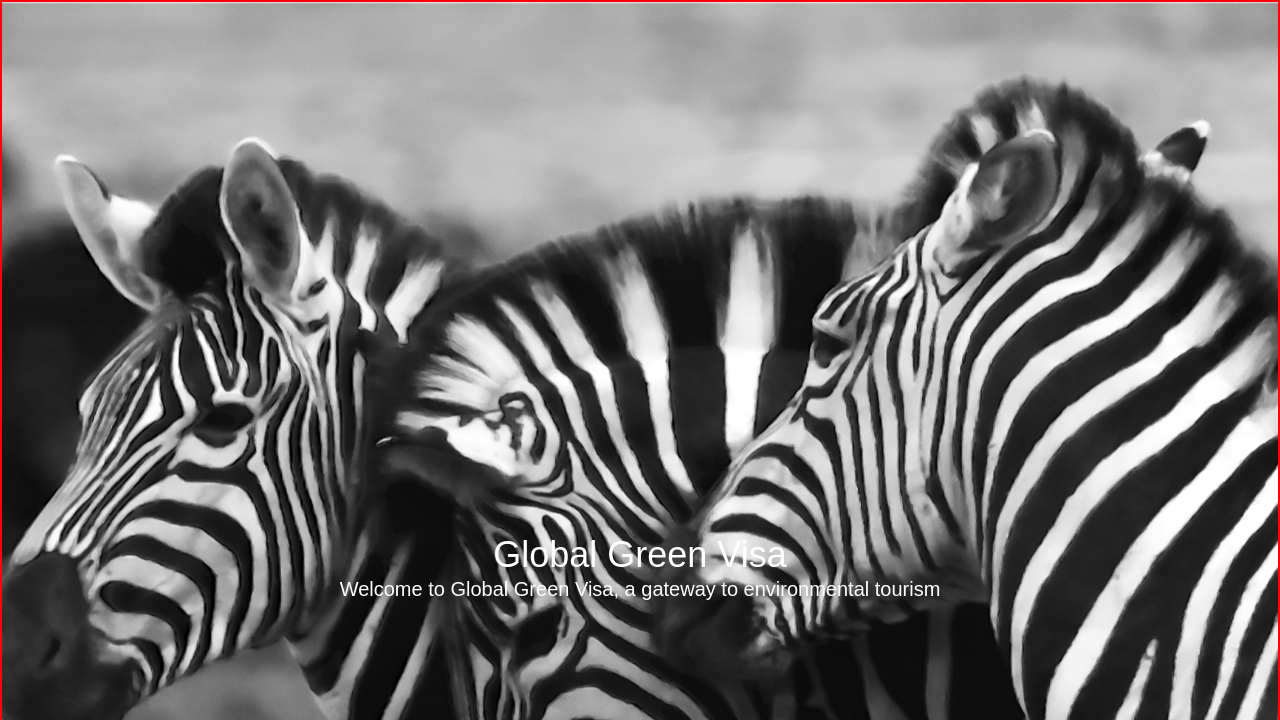
Repository: BrightonMboya/ggv-landingPage
Page: /
An editor plug-in stored every save of this project. The page is shown before and after the next save, followed by the edit.
The browser window is 1280 px wide. The pictures show the whole page.
An inner scrolling area shows only its first screen. The project was rebuilt for these pictures with package versions that can differ from the ones it lists, and the page was loaded fresh each time. The framework's server and built-in components were replaced by stand-ins that run in the browser. Also part of the build but not shown: next.config.js.

Above is the page before, as saved 2022-06-14 09:07:17.

### pages/index.js
import React from "react";
import styles from "../styles/Home.module.css";
import HomePage from "./HomePage";
import AboutUs from "./AboutUs";
import Contactus from "./Contactus";

// const index = () => {
//   return (
//     <React.Fragment>
//       <div className={`${styles.global} ${styles.container}`}>
//         <section className={`${styles.section}`}>
//           <HomePage />
//         </section>
//         <section className={`${styles.section}`}>
//           <AboutUs />
//         </section>
//         <section className={`${styles.section} ${styles.three}`}>
//           <Contactus />
//         </section>
//       </div>
//     </React.Fragment>
//   );
// };

const index = () => {
  return (
    <React.Fragment>
      <div className={styles.global}>
        <div className={styles.container}>
          <section className={styles.section}>
            <HomePage />
          </section>
          <section className={`${styles.section} ${styles.two}`}>
            <AboutUs />
          </section>
          <section className={styles.section}>
            <Contactus />
          </section>
        </div>
      </div>
    </React.Fragment>
  );
};

export default index;

### styles/Home.module.css
.global {
  margin: 0;
  padding: 0;
  box-sizing: border-box;
  font-family: sans-serif;
  /* border: 2px solid yellow; */
}
.section {
  /* height: 100vh; */
  display: flex;
  justify-content: center;
  align-items: center;
  scroll-snap-align: start;
}

.container {
  scroll-snap-type: y mandatory;
  overflow-y: scroll;
  height: 100vh;
  /* border: 2px solid red; */
}

.bgWrap {
  /* position: fixed; */
  /* height: 100vh; */
  /* min-height: 80vh; */
  width: 100vw;
  overflow: hidden;
  z-index: -1;
  /* background-size: cover;
  -webkit-background-size: cover;
  -moz-background-size: cover;
  -moz-background-size: cover;
  background: center no-repeat;
} */
}

.bg {
  /* max-width: 100%; */
  position: relative;
  border: 2px solid red;
  /* height: 100vh; */
}

.content {
  display: inline-block;
  position: absolute;
  left: 50%;
  top: 50%;
  width: 100%;
  transform: translate(-50%, -50%);
}

@media (max-width: 480px) {
  .content p {
    margin: 0 auto;
    max-width: 300px;
  }
}

.two {
  background: rgb(211, 79, 79);
  background: linear-gradient(
      to bottom right,
      rgba(0, 1, 7, 0.7),
      rgb(78, 77, 77, 0.7)
    ),
    url("../public/about.jpg");
  background-size: cover;
  background-repeat: no-repeat;
  background-position: center;
  font-size: 45px;
  line-height: 65px;
  text-align: center;
  color: #ffffff;
}

### pages/HomePage.js
import React from "react";
import styles from "../styles/Home.module.css";
import Image from "next/image";

const HomePage = () => {
  return (
    <div className="">
      <div className={`${styles.bgWrap} ${styles.bg}`}>
        <Image
          src="/home.jpg"
          layout="responsive"
          width={900}
          height={800}
          objectFit="cover"
          quality={100}
        />
        <div className={styles.content}>
          <h2 className="text-white lg:text-4xl text-center text-2xl">
            Global Green Visa
          </h2>
          <p className="text-white lg:text-xl text-center text-md">
            Welcome to Global Green Visa, a gateway to environmental tourism
          </p>
        </div>
      </div>
    </div>
  );
};

export default HomePage;

// className="absolute lg:top-[50%] top-[6%]"
// className="lg:justify-center lg:items-center sm:h-0 lg:flex lg:h-[100vh]"

### pages/AboutUs.js
import Image from "next/image";
import styles from "../styles/Home.module.css";
import styled from "styled-components";
import Head from "next/head";
// import home from "./assets/home.jpg";

const AboutUs = () => {
  return (
    <Wrapper className="w-5/6">
      <Head>
        {/* <!--syne font--> */}
        <link
          href="https://fonts.googleapis.com/css2?family=Syne:wght@600&display=swap"
          rel="stylesheet"
        />
      </Head>
      <div>
        <h1 className="text-5xl font-bold pb-10 sm:text-6xl">About Us</h1>
      </div>
      <p className="text-xl leading-loose sm:text-3xl sm:leading-loose">
        Welcome to Global Green Visa, a gateway to environmental tourism.
        Working closely with national and International partners, GGV assists
        governments to deliver the environmental and climate benefits promised
        in the Paris Accords.
      </p>
    </Wrapper>
  );
};

const Wrapper = styled.div`
  font-family: "Syne", sans-serif;
`;

export default AboutUs;

### pages/Contactus.js
import React from "react";
import Image from "next/image";
import styles from "../styles/Home.module.css";

const Contactus = () => {
  return (
    <div>
      <div className={styles.bgWrap}>
        <Image
          src="/contact.jpg"
          layout="responsive"
          objectFit="cover"
          quality={100}
          width={700}
          height={475}
        />
      </div>
      <p className="text-blue-500 text-3xl">Image Component as a Background</p>
    </div>
  );
};

export default Contactus;

### tailwind.config.js
module.exports = {
  content: [
    "./pages/**/*.{js,ts,jsx,tsx}",
    "./components/**/*.{js,ts,jsx,tsx}"
  ],
  theme: {
    extend: {
      colors: {
        black: "#000107",
        slate: "#E3F1EF"
      }
    }
  },
  plugins: []
};

Loaded but not shown: pages/_app.js (common file); styles/globals.css (common file)

After the next save:
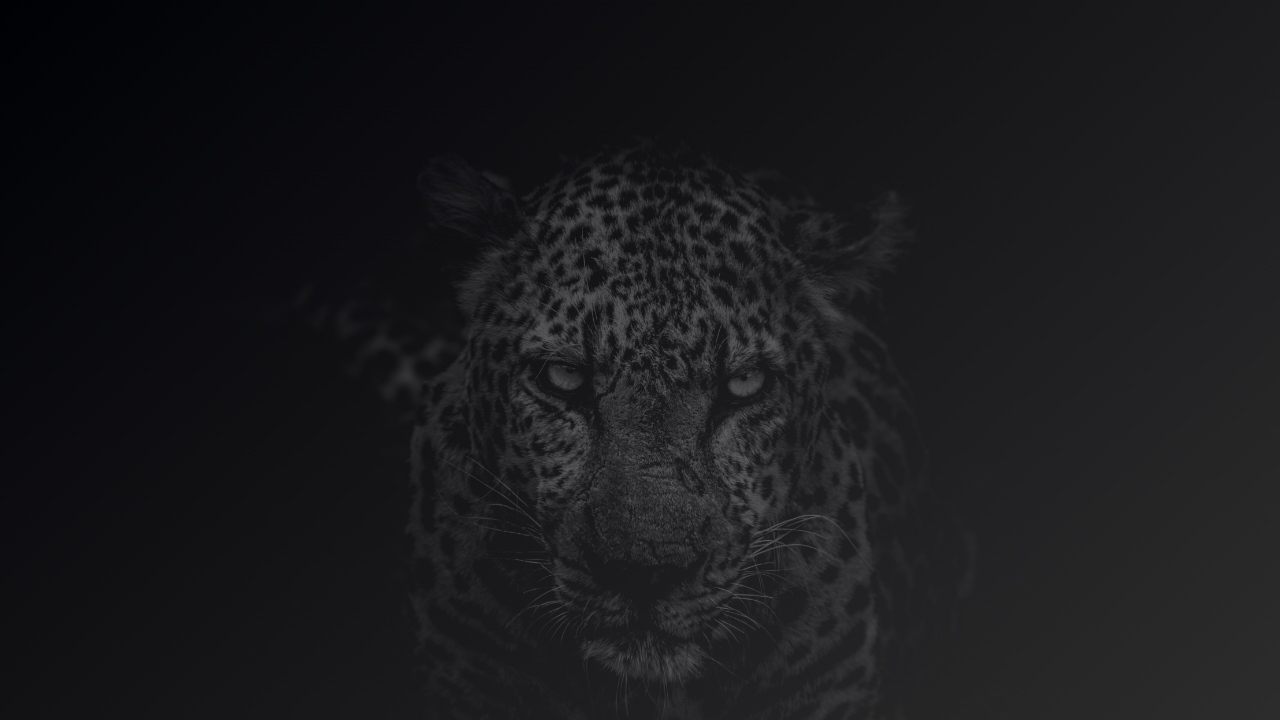
Saved 79 s later.
--- a/pages/index.js
+++ b/pages/index.js
@@ -27,7 +27,7 @@
     <React.Fragment>
       <div className={styles.global}>
         <div className={styles.container}>
-          <section className={styles.section}>
+          <section className={`${styles.section} ${styles.two}`}>
             <HomePage />
           </section>
           <section className={`${styles.section} ${styles.two}`}>
